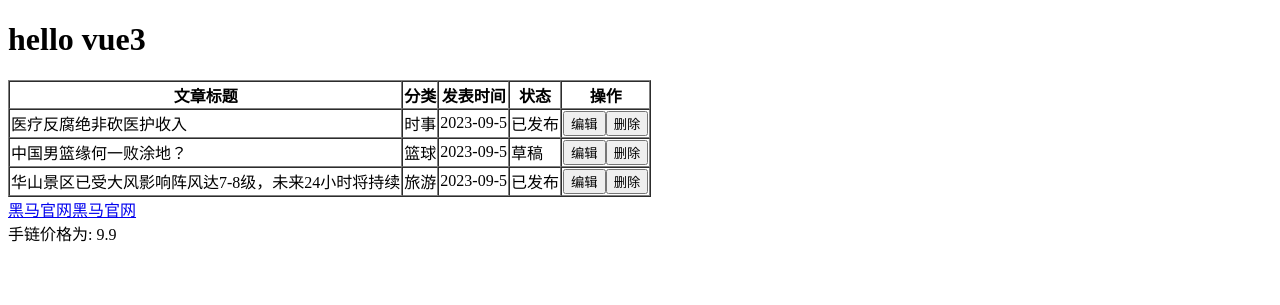
Repository: Viana05/MRGIS_front
Page: vue_learn.html
An editor plug-in stored every save of this project. The page is shown before and after the next save, followed by the edit.
The browser window is 1280 px wide. The pictures show the whole page.

Above is the page before, as saved 2025-03-10 21:40:30.

### vue_learn.html
<!DOCTYPE html>
<html lang="en">
  <head>
    <meta charset="UTF-8" />
    <meta name="viewport" content="width=device-width, initial-scale=1.0" />
    <title>Document</title>
  </head>
  <body>
    <div id="app">
      <!-- 数据响应 -->
      <h1>{{msg}}</h1>
      <!-- v-for 数组数据 -->
      <table border="1 solid" colspa="0" cellspacing="0">
        <tr>
            <th>文章标题</th>
            <th>分类</th>
            <th>发表时间</th>
            <th>状态</th>
            <th>操作</th>
        </tr>
        <!-- 出现多次tr -->
        <tr v-for="(article,index) in articleList">
            <td>{{article.title}}</td>
            <td>{{article.category}}</td>
            <td>{{article.time}}</td>
            <td>{{article.state}}</td>
            <td>
                <button>编辑</button>
                <button>删除</button>
            </td>
        </tr>
      </table>
      <!-- v-bind 绑定数据 -->
      <a v-bind:href="url">黑马官网</a>
      <a :href="url">黑马官网</a>
      <br/>
      <!-- v-if -->
      手链价格为:  <span v-if="customer.level>=0 &&customer.level<=1">9.9</span>
      <span v-else-if="customer.level>=2 &&customer.level<=4">19.9</span>
      <span  v-else>29.9</span>
      <br/>
      <!-- v-show -->

    </div>

    <!-- 引入vue模块 -->
    <script type="module">
      import { createApp } from "https://unpkg.com/vue@3/dist/vue.esm-browser.js";
      // 创建vue的应用实例
      createApp({
        data() {
          return {
            // 定义数据
            // 数据响应
            msg: "hello vue3",
            // v-for 数组数据
            articleList: [
              {
                title: "医疗反腐绝非砍医护收入",
                category: "时事",
                time: "2023-09-5",
                state: "已发布",
              },
              {
                title: "中国男篮缘何一败涂地？",
                category: "篮球",
                time: "2023-09-5",
                state: "草稿",
              },
              {
                title: "华山景区已受大风影响阵风达7-8级，未来24小时将持续",
                category: "旅游",
                time: "2023-09-5",
                state: "已发布",
              },
            ],
            // v-bind 绑定数据
            url:"https://www.itheima.com",
            // v-if
            customer:{
              name:'zhangsan',
              level:1
            }
          };
        },
      }).mount("#app");
    </script>
  </body>
</html>

After the next save:
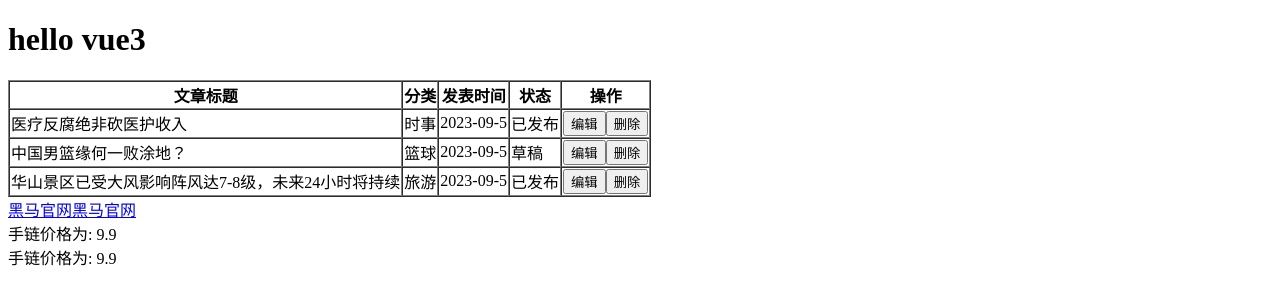
Saved 6 s later.
--- a/vue_learn.html
+++ b/vue_learn.html
@@ -40,7 +40,9 @@
       <span  v-else>29.9</span>
       <br/>
       <!-- v-show -->
-
+      手链价格为:  <span v-if="customer.level>=0 &&customer.level<=1">9.9</span>
+      <span v-else-if="customer.level>=2 &&customer.level<=4">19.9</span>
+      <span  v-else>29.9</span>
     </div>
 
     <!-- 引入vue模块 -->
